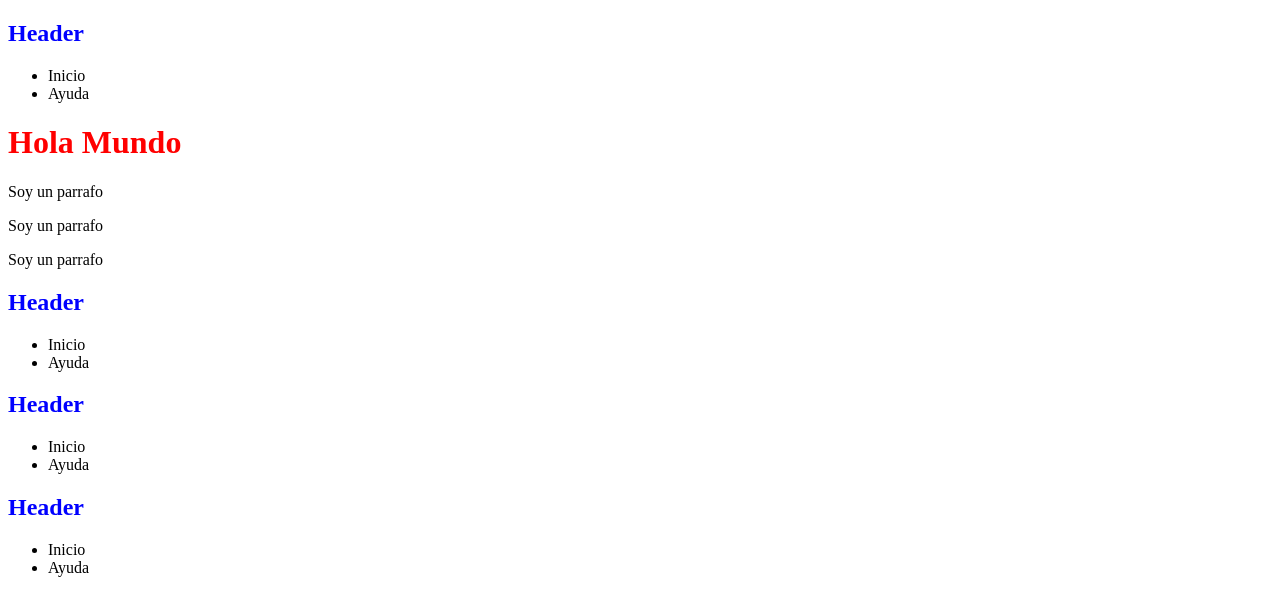
Repository: Klauditha/desafio_modulo_react
Page: / (app in 01_Introduccion/ClasePrincipal/)
The author's editor kept a copy of each file at every save. The page is drawn from the files as they stood at one save, then again after the next save.
The browser window is 1280 px wide. The pictures show the whole page.
The project was rebuilt for these pictures with package versions that can differ from the ones it lists, and the page was loaded fresh each time. Also part of the build but not shown: 01_Introduccion/ClasePrincipal/vite.config.js, 01_Introduccion/ClasePrincipal/src/index.css.

Above is the page before, as saved 2023-09-07 23:49:11.

After the next save:
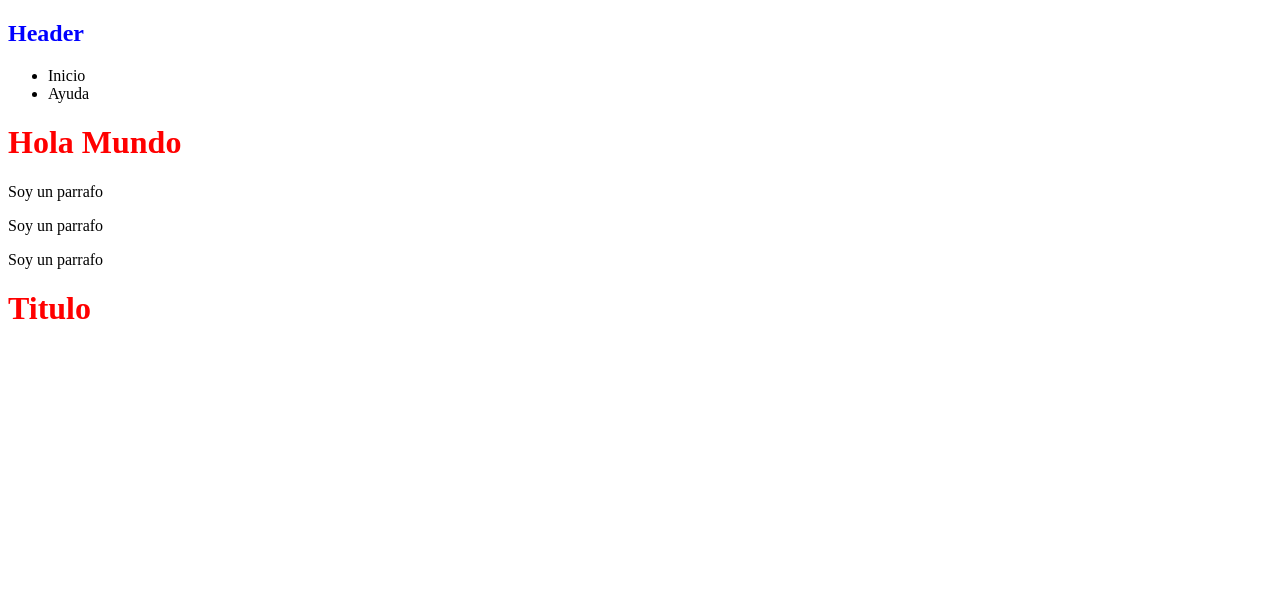
Saved 26 s later.
--- a/01_Introduccion/ClasePrincipal/src/App.jsx
+++ b/01_Introduccion/ClasePrincipal/src/App.jsx
@@ -1,4 +1,5 @@
 import "./App.css";
+import { Card } from "./components/Card";
 import Header from "./components/Header";
 
 const App = () => {
@@ -10,9 +11,7 @@ const App = () => {
       <p>Soy un parrafo</p>
       <p>Soy un parrafo</p>
       <p>Soy un parrafo</p>
-      <Header />
-      <Header />
-      <Header />
+      <Card/>
     </>
   );
 };
